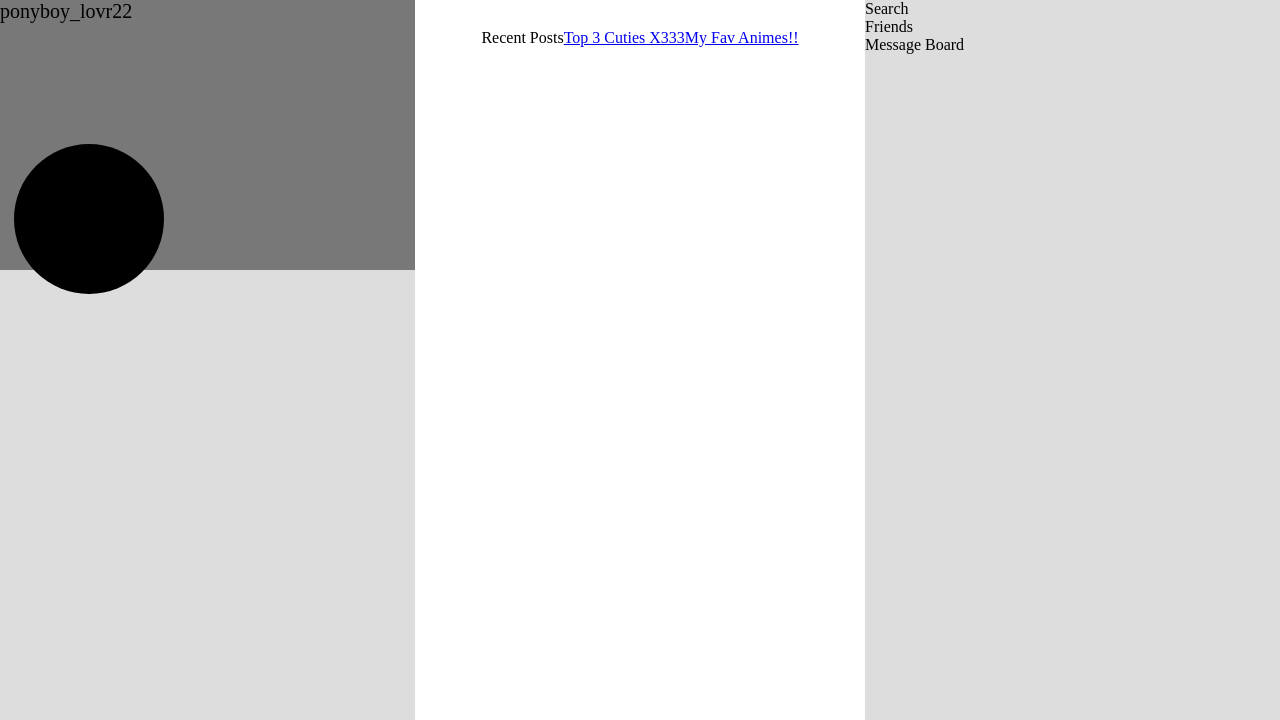
Repository: Jennica1/Frontend-Final
Page: index.html
The author's editor kept a copy of each file at every save. The page is drawn from the files as they stood at one save, then again after the next save.
The browser window is 1280 px wide. The pictures show the whole page.

Above is the page before, as saved 2024-05-09 21:32:10.

### index.html
<!DOCTYPE html>
<html lang="en">

<head>
  <title>My Blog!!</title>
  <meta charset="UTF-8">
  <meta name="viewport" content="width=device-width, initial-scale=1">
  <link rel="stylesheet" href="style.css">

<body>

  <div class="sidebar-wrapper">

    <!--Side Nav Left-->
    <div class="sidebar-left">
      <img src="images/Ellipse 1.svg" class="profile" width="150px" />
      <img src="images/Rectangle 2.svg" class="background-photo" />
      <p class="blog-handle">ponyboy_lovr22</p>

    </div>

      <!-- Header -->
  <header class="header">
    <li class="content-list">
      <p>Recent Posts</p>
      <p><a class="rating-link" href="topThree.html">Top 3 Cuties X333</a></p>
      <p><a class="anime-link" href="anime.html">My Fav Animes!!</a></p>
    </li>
  </header>

    <!--Side Nav Right-->
    <div class="sidebar-right">
      <div>Search</div>
      <div>Friends</div>
      <div>Message Board</div>
    </div>
  </div>



    <!-- recents -->
    <div class="">
      </div>


    <!-- Pagination -->
    <div class="">
      <div class="">
        <a href="#" class="">«</a>
        <a href="#" class="">1</a>
        <a href="#" class="">2</a>
        <a href="#" class="">3</a>
        <a href="#" class="">4</a>
        <a href="#" class="">»</a>
      </div>
    </div>


</body>

</html>

### style.css
* {
  margin: 0;
  padding: 0;
}

.sidebar-wrapper {
  display: flex;
  width: 100%;
  justify-content: center;
}

.sidebar-left {
  width: 415px;
  height: 1980px;
  background-color: rgb(221, 221, 221);
  z-index: 0;
  position: fixed;
  left: 0;
  top: 0;
}

.profile {
  z-index: 1;
  position: absolute;
  margin-top: 20vh;
  margin-left: 2vh;
}

.background-photo {
  z-index: -5;
  position: absolute;
}

.blog-handle {
  font-size: 20px;
}
.header {
  position: fixed;
  top: 0;
  display: flex;
}

.content-list {
  display: flex;
  margin: 4vh;
}


.sidebar-right {
  width: 415px;
  height: 1980px;
  background-color: rgb(221, 221, 221);
  z-index: 0;
  right: 0;
  position: fixed;
  right: 0;
  top: 0;
}

After the next save:
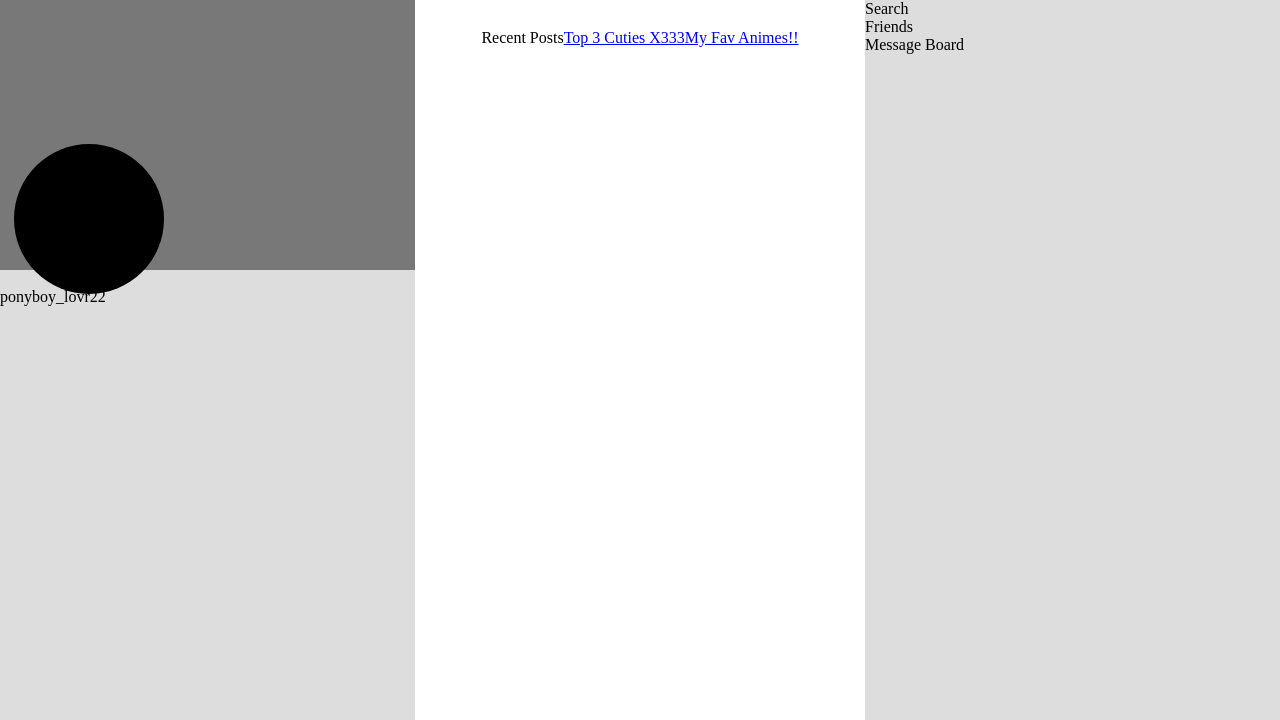
Saved 17 s later.
--- a/style.css
+++ b/style.css
@@ -32,7 +32,7 @@
 }
 
 .blog-handle {
-  font-size: 20px;
+  margin-top: 40vh;
 }
 .header {
   position: fixed;
